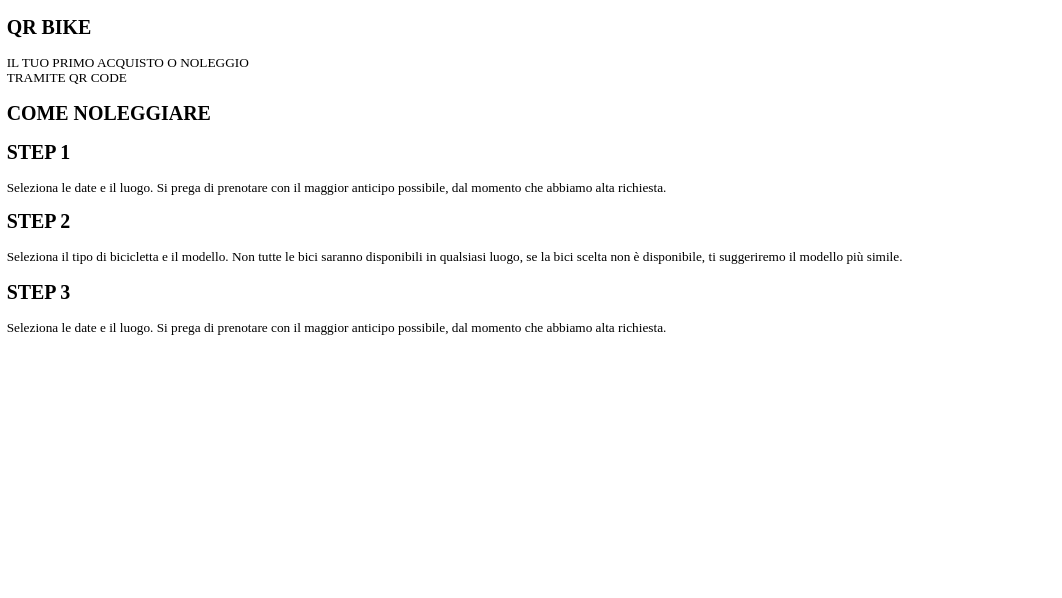
Repository: andrealepori/qrbike
Page: noleggio.html
The author's editor kept a copy of each file at every save. The page is drawn from the files as they stood at one save, then again after the next save.
The browser window is 1280 px wide. The pictures show the whole page, at 83% of full size.

Above is the page before, as saved 2020-09-17 21:26:25.

### noleggio.html
<!DOCTYPE html>
<html lang="en">
<head>
    <meta charset="UTF-8">
    <meta name="viewport" content="width=device-width, initial-scale=1.0">
    <title>Home - QR BIKE</title>


	<link type="text/css" rel="stylesheet" href="css/style.css" />

	<link type="text/css" rel="stylesheet" href="css/calendario.css" />

</head>
<body>



  <section id="hero1" class="hero">





    <div class="inner">

      <h1 class="yellowtitle"> QR BIKE</h1>
      <p class="subtitle">IL TUO PRIMO ACQUISTO O NOLEGGIO <br> TRAMITE QR CODE</p>
      </div>

  </section>




<section>

      <h1 class="titolo">COME NOLEGGIARE </h1>

    </div>
    </div>
  </section>



  <div class="support-grid"></div>

  <section class="grid-1">
    <div class="item-1">
      <h1 class="step"><bold>STEP 1</bold> </h1>


      <p class="nero">
        Seleziona le date e il luogo.
        Si prega di prenotare con il maggior anticipo possibile,
         dal momento che abbiamo alta richiesta. </p>
    </div>
    <div class="item-2">

      <h1 class="step"><bold>STEP 2</bold> </h1>


      <p class="nero">
        Seleziona il tipo di bicicletta e il modello.
         Non tutte le bici saranno disponibili in qualsiasi luogo, se la bici scelta non è disponibile,
        ti suggeriremo il modello più simile.
        </p>


    </div>
    <div class="item-3">


      <h1 class="step"><bold>STEP 3
      </bold> </h1>


      <p class="nero">
        Seleziona le date e il luogo.
        Si prega di prenotare con il maggior anticipo possibile,
                dal momento che abbiamo alta richiesta.

        </p>


    </div>






















</body>

<script src="js/calendario.js"></script>


</html>

Loaded but not shown: style.css (no stored copy; drawn as an empty file); css/calendario.css (no stored copy; drawn as an empty file); js/calendario.js (no stored copy; drawn as an empty file)

After the next save:
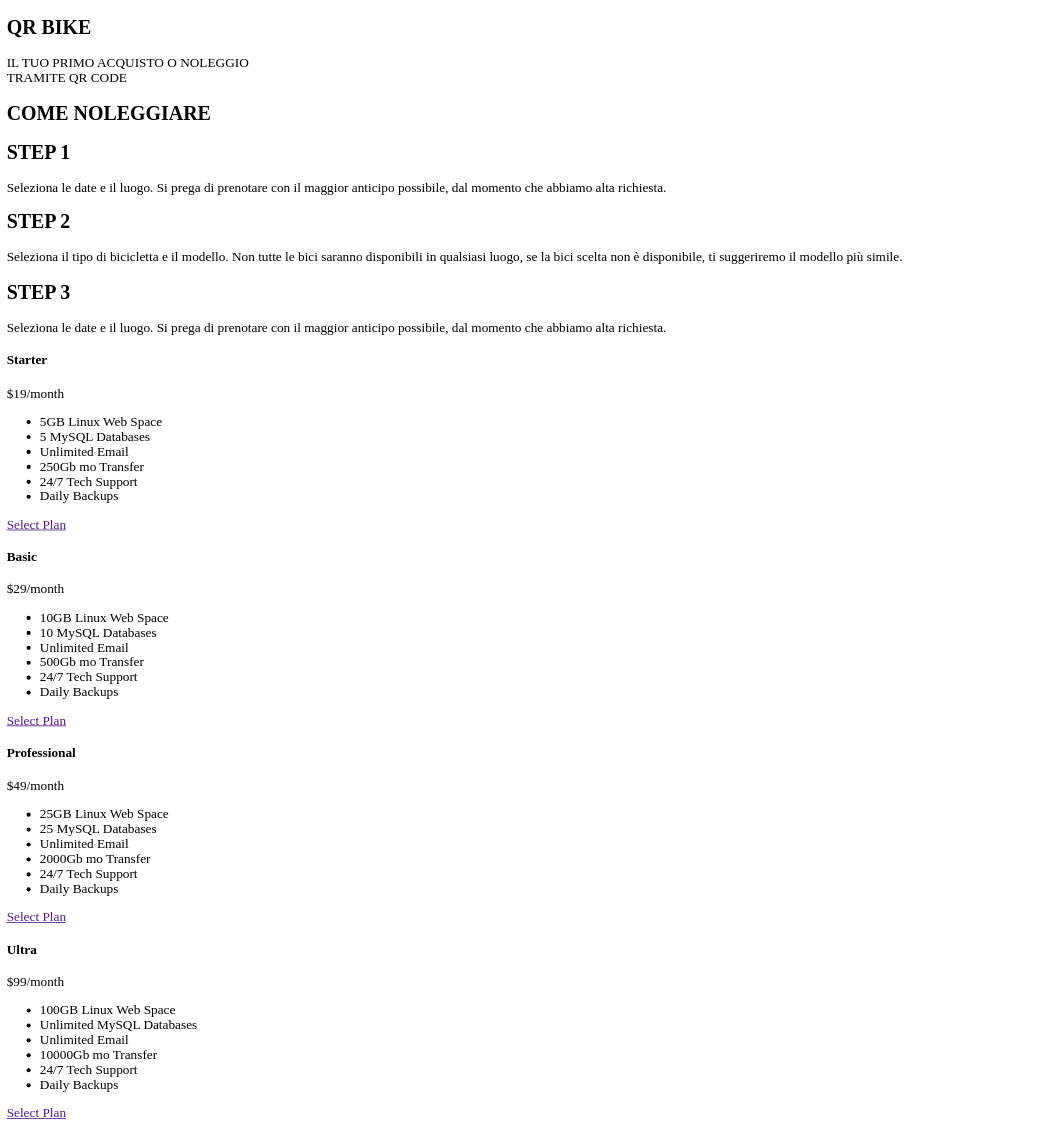
Saved 11 h 41 min later.
--- a/noleggio.html
+++ b/noleggio.html
@@ -84,7 +84,80 @@
 
     </div>
 
+    <div class="snip1517">
+      <div class="plan">
+        <header>
+          <h4 class="plan-title">
 
+            Starter
+          </h4>
+          <div class="plan-cost"><span class="plan-price">$19</span><span class="plan-type">/month</span></div>
+        </header>
+        <ul class="plan-features">
+          <li><i class="ion-android-remove"> </i>5GB Linux Web Space</li>
+          <li><i class="ion-android-remove"> </i>5 MySQL Databases</li>
+          <li><i class="ion-android-remove"> </i>Unlimited Email</li>
+          <li><i class="ion-android-remove"> </i>250Gb mo Transfer</li>
+          <li><i class="ion-android-remove"> </i>24/7 Tech Support</li>
+          <li><i class="ion-android-remove"> </i>Daily Backups</li>
+        </ul>
+        <div class="plan-select"><a href="">Select Plan</a></div>
+      </div>
+      <div class="plan">
+        <header>
+          <h4 class="plan-title">
+
+            Basic
+          </h4>
+          <div class="plan-cost"><span class="plan-price">$29</span><span class="plan-type">/month</span></div>
+        </header>
+        <ul class="plan-features">
+          <li><i class="ion-android-remove"> </i>10GB Linux Web Space</li>
+          <li><i class="ion-android-remove"> </i>10 MySQL Databases</li>
+          <li><i class="ion-android-remove"> </i>Unlimited Email</li>
+          <li><i class="ion-android-remove"> </i>500Gb mo Transfer</li>
+          <li><i class="ion-android-remove"> </i>24/7 Tech Support</li>
+          <li><i class="ion-android-remove"> </i>Daily Backups</li>
+        </ul>
+        <div class="plan-select"><a href="">Select Plan</a></div>
+      </div>
+      <div class="plan featured">
+        <header>
+          <h4 class="plan-title">
+
+            Professional
+          </h4>
+          <div class="plan-cost"><span class="plan-price">$49</span><span class="plan-type">/month</span></div>
+        </header>
+        <ul class="plan-features">
+          <li><i class="ion-android-remove"> </i>25GB Linux Web Space</li>
+          <li><i class="ion-android-remove"> </i>25 MySQL Databases</li>
+          <li><i class="ion-android-remove"> </i>Unlimited Email</li>
+          <li><i class="ion-android-remove"> </i>2000Gb mo Transfer</li>
+          <li><i class="ion-android-remove"> </i>24/7 Tech Support</li>
+          <li><i class="ion-android-remove"> </i>Daily Backups</li>
+        </ul>
+        <div class="plan-select"><a href="">Select Plan</a></div>
+      </div>
+      <div class="plan">
+        <header>
+          <h4 class="plan-title">
+
+            Ultra
+          </h4>
+          <div class="plan-cost"><span class="plan-price">$99</span><span class="plan-type">/month</span></div>
+        </header>
+        <ul class="plan-features">
+          <li><i class="ion-android-remove"> </i>100GB Linux Web Space</li>
+          <li><i class="ion-android-remove"> </i>Unlimited MySQL Databases</li>
+          <li><i class="ion-android-remove"> </i>Unlimited Email</li>
+          <li><i class="ion-android-remove"> </i>10000Gb mo Transfer</li>
+          <li><i class="ion-android-remove"> </i>24/7 Tech Support</li>
+          <li><i class="ion-android-remove"> </i>Daily Backups</li>
+        </ul>
+        <div class="plan-select"><a href="">Select Plan</a></div>
+      </div>
+    </div>
 
 
 
